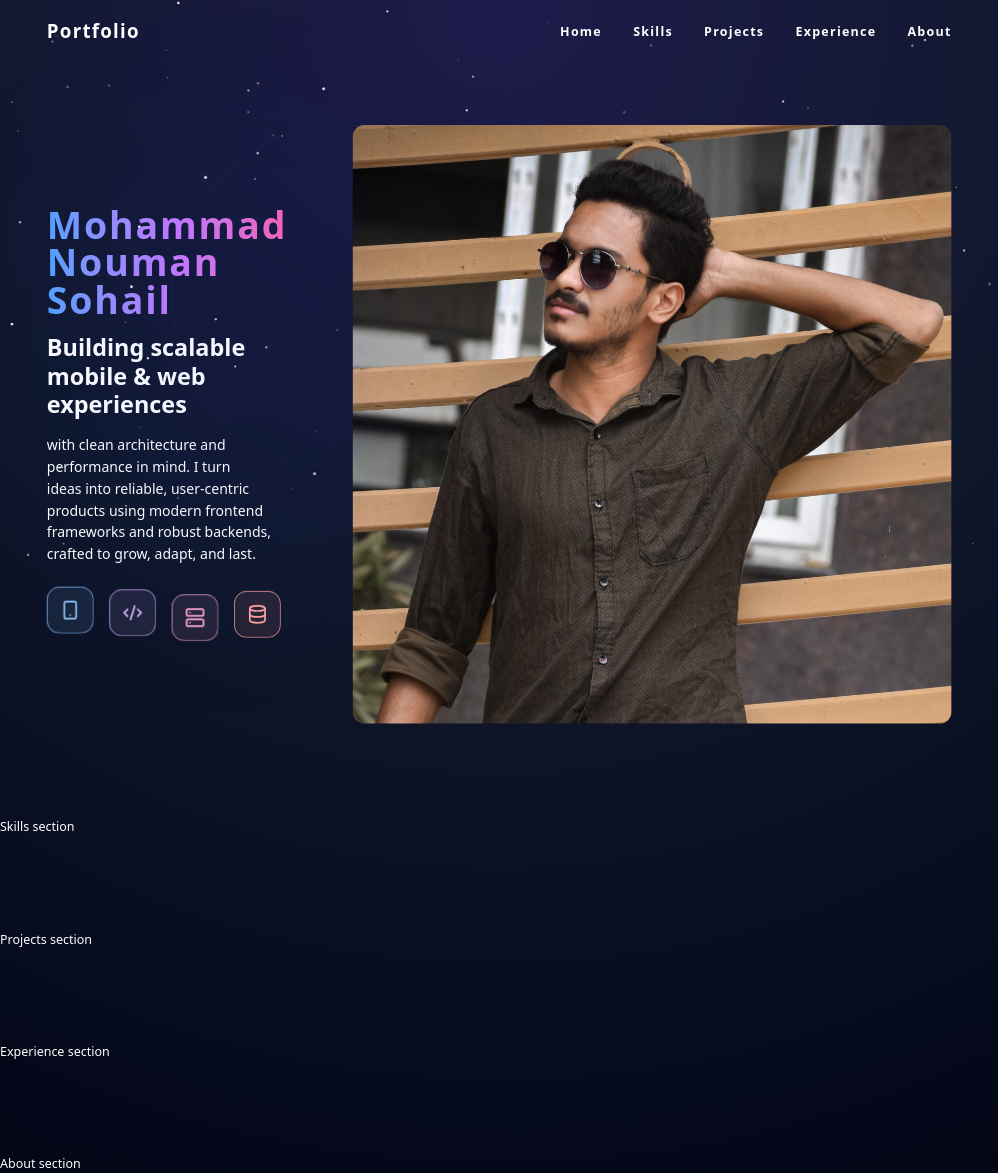
Repository: NoumanSohail/Nouman-Sohail-Portfolio
Page: /
An editor plug-in stored every save of this project. The page is shown before and after the next save, followed by the edit.
The browser window is 1280 px wide. The pictures show the whole page, at 78% of full size.
The project was rebuilt for these pictures with package versions that can differ from the ones it lists, and the page was loaded fresh each time. The framework's server and built-in components were replaced by stand-ins that run in the browser. Also part of the build but not shown: next.config.ts.

Above is the page before, as saved 2026-01-24 20:27:08.

After the next save:
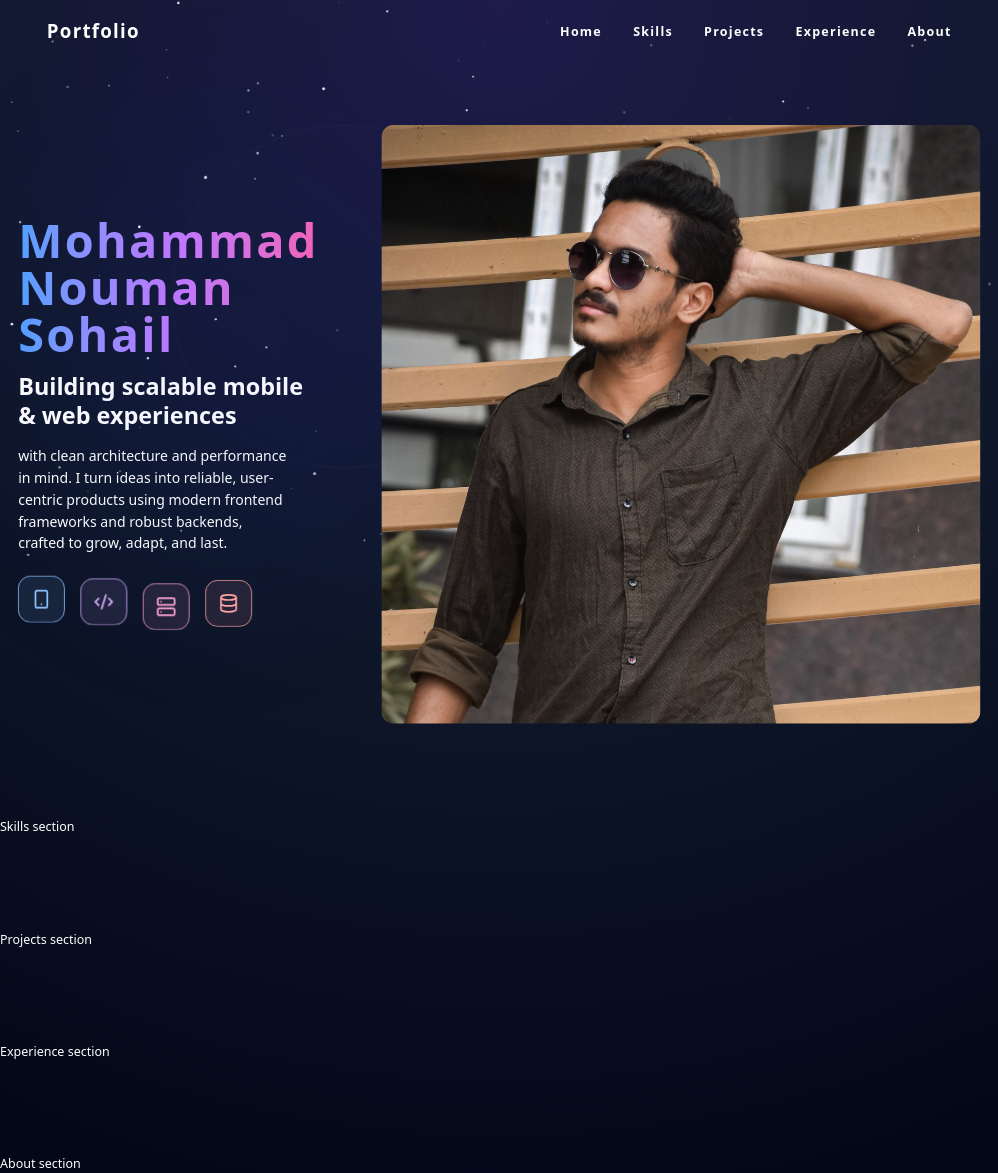
Saved 22 s later.
--- a/app/components/sections/Hero.tsx
+++ b/app/components/sections/Hero.tsx
@@ -25,7 +25,7 @@ const Hero = () => {
 
       <div className="flex flex-col lg:flex-row items-center justify-center gap-7 lg:gap-20 text-center lg:text-start">
         <div className="flex flex-col gap-5">
-          <h1 className="font-black text-4xl lg:text-5xl tracking-wider text-balance text-transparent bg-clip-text bg-linear-to-r from-blue-400 via-purple-400 to-pink-400">
+          <h1 className="font-black text-4xl lg:text-5xl xl:text-6xl tracking-wider text-balance text-transparent bg-clip-text bg-linear-to-r from-blue-400 via-purple-400 to-pink-400">
             {personaldetails.name}
           </h1>
           <h2 className="font-semibold text-2xl lg:text-3xl">
